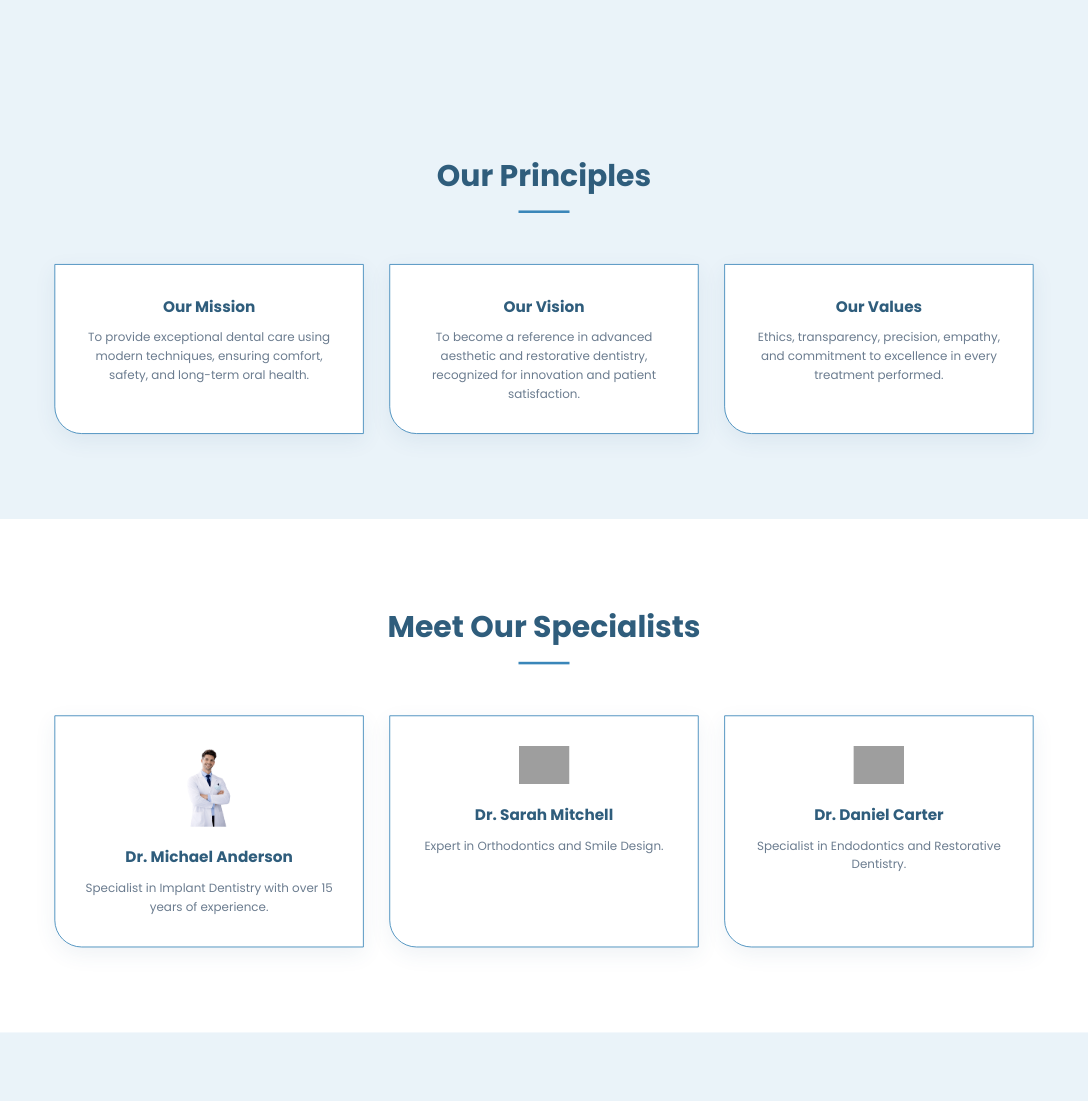
Repository: davidfsillva/OdontoPrime
Page: about.html
These files come from the project's save history. The page is drawn as it stood at one moment and after a run of saves; the edit follows.
The browser window is 1280 px wide. The pictures show the part of the page from y = 969 to 2264 px (the page is 3355 px tall), at 85% of full size.
Pictures or frames that could not be fetched are drawn as grey boxes. A picture or video elsewhere on the page could not be fetched, so the positions and the page height are approximate.

Above is the page before, as saved 2026-02-16 21:45:05.

After the next 2 saves:
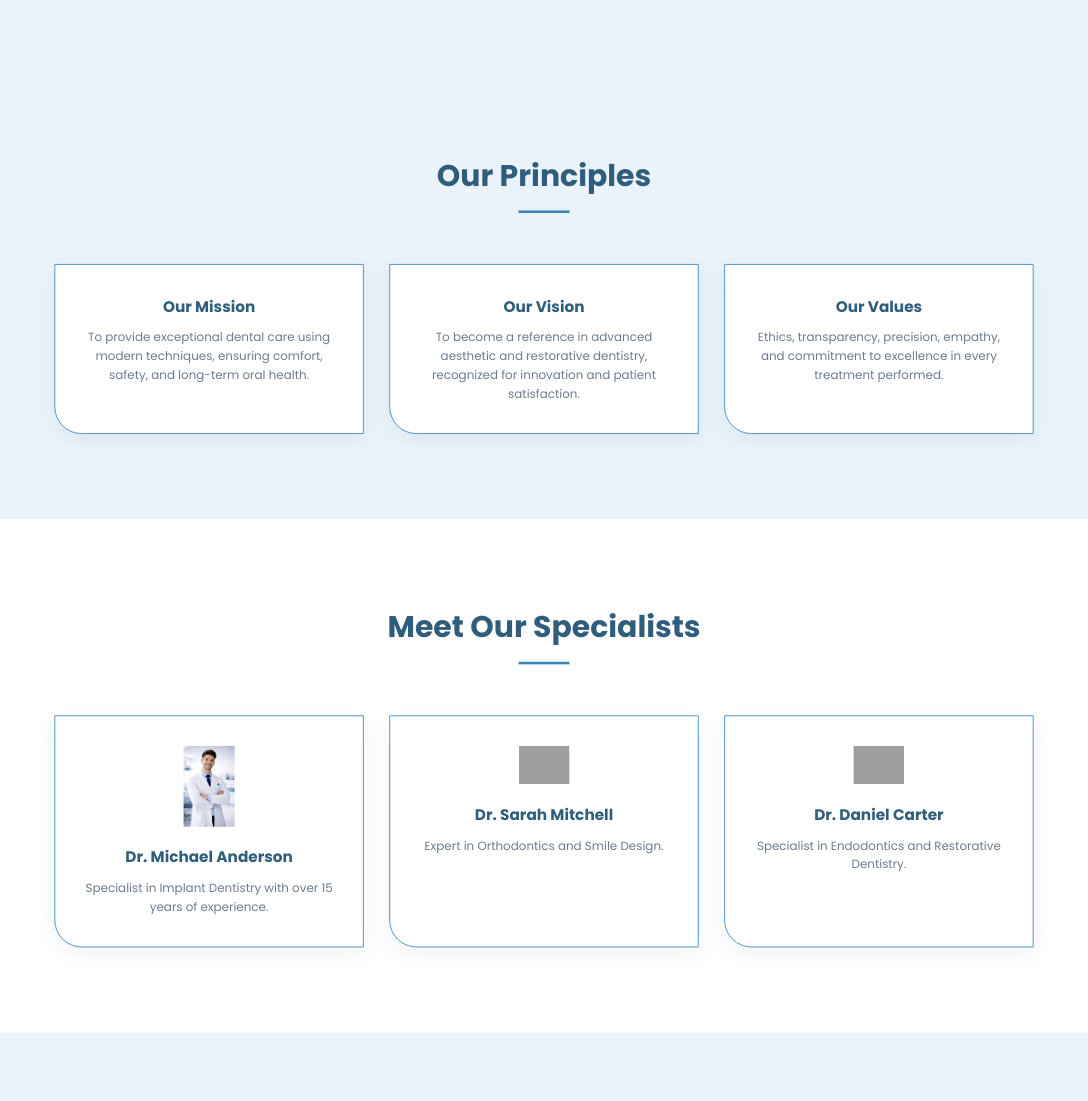
The 2 saves are shown as one change because they came seconds apart.
The last was saved 11 s later.
--- a/about.html
+++ b/about.html
@@ -107,7 +107,7 @@
         <div class="dept-grid">
 
             <div class="card">
-                <img src="img/dr - Copia.png" alt="Lead dentist">
+                <img src="img/dr.webp" alt="Lead dentist">
                 <h3>Dr. Michael Anderson</h3>
                 <p>Specialist in Implant Dentistry with over 15 years of experience.</p>
             </div>
